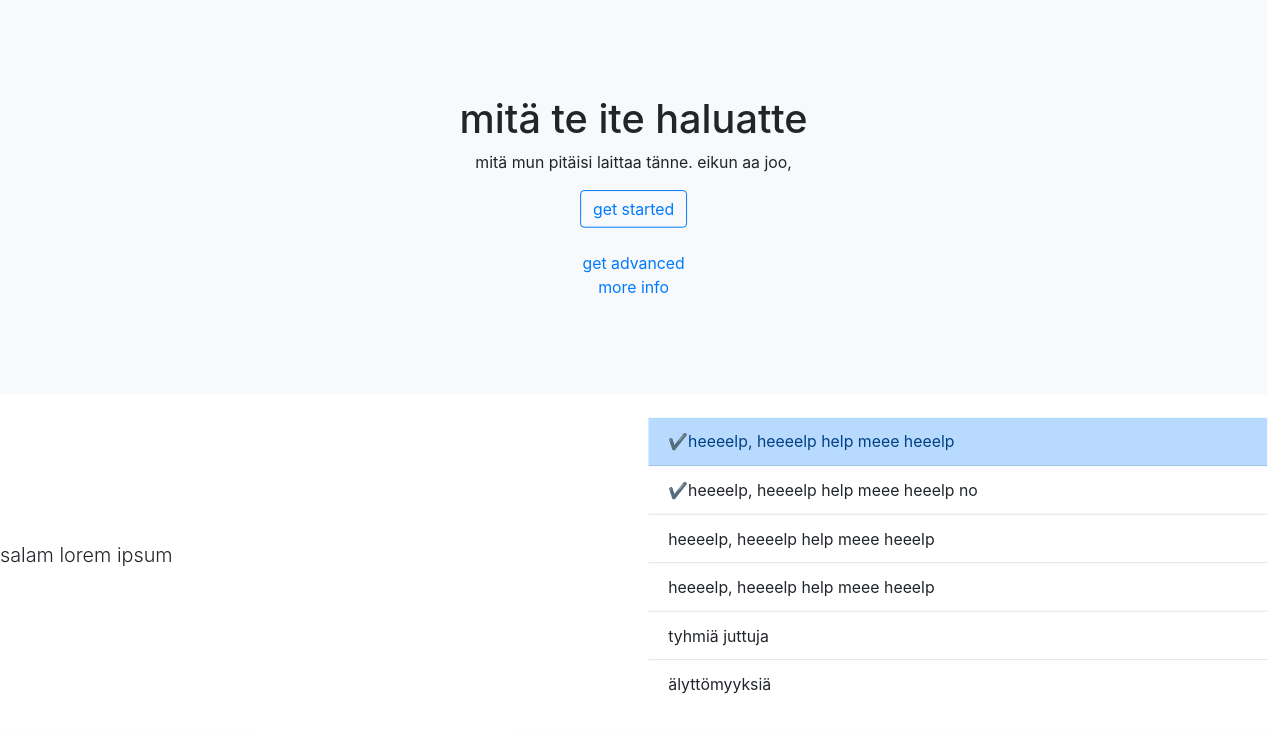
Repository: jessehapuli/jessehapuli.github.io
Page: Bootstrap/index.html
The author's editor kept a copy of each file at every save. The page is drawn from the files as they stood at one save, then again after the next save.
The browser window is 1280 px wide. The page is 1295 px wide, so the pictures cover 1295 px, including what lies to the right of the window. The pictures show the whole page, at 99% of full size.

Above is the page before, as saved 2024-04-24 11:09:35.

### Bootstrap/index.html
<!doctype html>
<html lang="en">
  <head>
    <!-- Required meta tags -->
    <meta charset="utf-8">
    <meta name="viewport" content="width=device-width, initial-scale=1, shrink-to-fit=no">

    <!-- Bootstrap CSS -->
    <link rel="stylesheet" href="https://cdn.jsdelivr.net/npm/bootstrap@4.6.2/dist/css/bootstrap.min.css" integrity="sha384-xOolHFLEh07PJGoPkLv1IbcEPTNtaed2xpHsD9ESMhqIYd0nLMwNLD69Npy4HI+N" crossorigin="anonymous">

    <title>Hello, world!</title>
  </head>
  <body>

    <section class="container-fluid bg-light text-center">
      <div class="rov d-flex justify-content-center">
        <div class="col-md-6 my-5 py-lg-5">
          <h1>mitä te ite haluatte</h1>
          <p>mitä mun pitäisi laittaa tänne. eikun aa joo, </p>
          <a class="btn btn-outline-primary" href="piercing">get started</a>
          <br>
          <br>
          <a href="">get advanced</a>
          <br>
          <a href="">more info</a>
        </div>
      </div>
    </section>

    <sectio class="container">
      <div class="row">
        <div class="col-md-6 d-flex align-items-center">
          <p class="lead">salam lorem ipsum</p>
        </div>
        <div class="col-md-6">
          <ul class="list-group list-group-flush">
            <li class="list-group-item list-group-item-primary"><span>&#10004;</span>heeeelp, heeeelp help meee heeelp</li>
            <li class="list-group-item"><span>&#10004;</span>heeeelp, heeeelp help meee heeelp no</li>
            <li class="list-group-item">heeeelp, heeeelp help meee heeelp</li>
            <li class="list-group-item">heeeelp, heeeelp help meee heeelp</li>
            <li class="list-group-item">tyhmiä juttuja</li>
            <li class="list-group-item">älyttömyyksiä</li>
          </ul>
        </div>
      </div>
    </section>

    <!-- Optional JavaScript; choose one of the two! -->

    <!-- Option 1: jQuery and Bootstrap Bundle (includes Popper) -->
    <script src="https://cdn.jsdelivr.net/npm/jquery@3.5.1/dist/jquery.slim.min.js" integrity="sha384-DfXdz2htPH0lsSSs5nCTpuj/zy4C+OGpamoFVy38MVBnE+IbbVYUew+OrCXaRkfj" crossorigin="anonymous"></script>
    <script src="https://cdn.jsdelivr.net/npm/bootstrap@4.6.2/dist/js/bootstrap.bundle.min.js" integrity="sha384-Fy6S3B9q64WdZWQUiU+q4/2Lc9npb8tCaSX9FK7E8HnRr0Jz8D6OP9dO5Vg3Q9ct" crossorigin="anonymous"></script>

    <!-- Option 2: Separate Popper and Bootstrap JS -->
    <!--
    <script src="https://cdn.jsdelivr.net/npm/jquery@3.5.1/dist/jquery.slim.min.js" integrity="sha384-DfXdz2htPH0lsSSs5nCTpuj/zy4C+OGpamoFVy38MVBnE+IbbVYUew+OrCXaRkfj" crossorigin="anonymous"></script>
    <script src="https://cdn.jsdelivr.net/npm/popper.js@1.16.1/dist/umd/popper.min.js" integrity="sha384-9/reFTGAW83EW2RDu2S0VKaIzap3H66lZH81PoYlFhbGU+6BZp6G7niu735Sk7lN" crossorigin="anonymous"></script>
    <script src="https://cdn.jsdelivr.net/npm/bootstrap@4.6.2/dist/js/bootstrap.min.js" integrity="sha384-+sLIOodYLS7CIrQpBjl+C7nPvqq+FbNUBDunl/OZv93DB7Ln/533i8e/mZXLi/P+" crossorigin="anonymous"></script>
    -->
  </body>
</html>

After the next save:
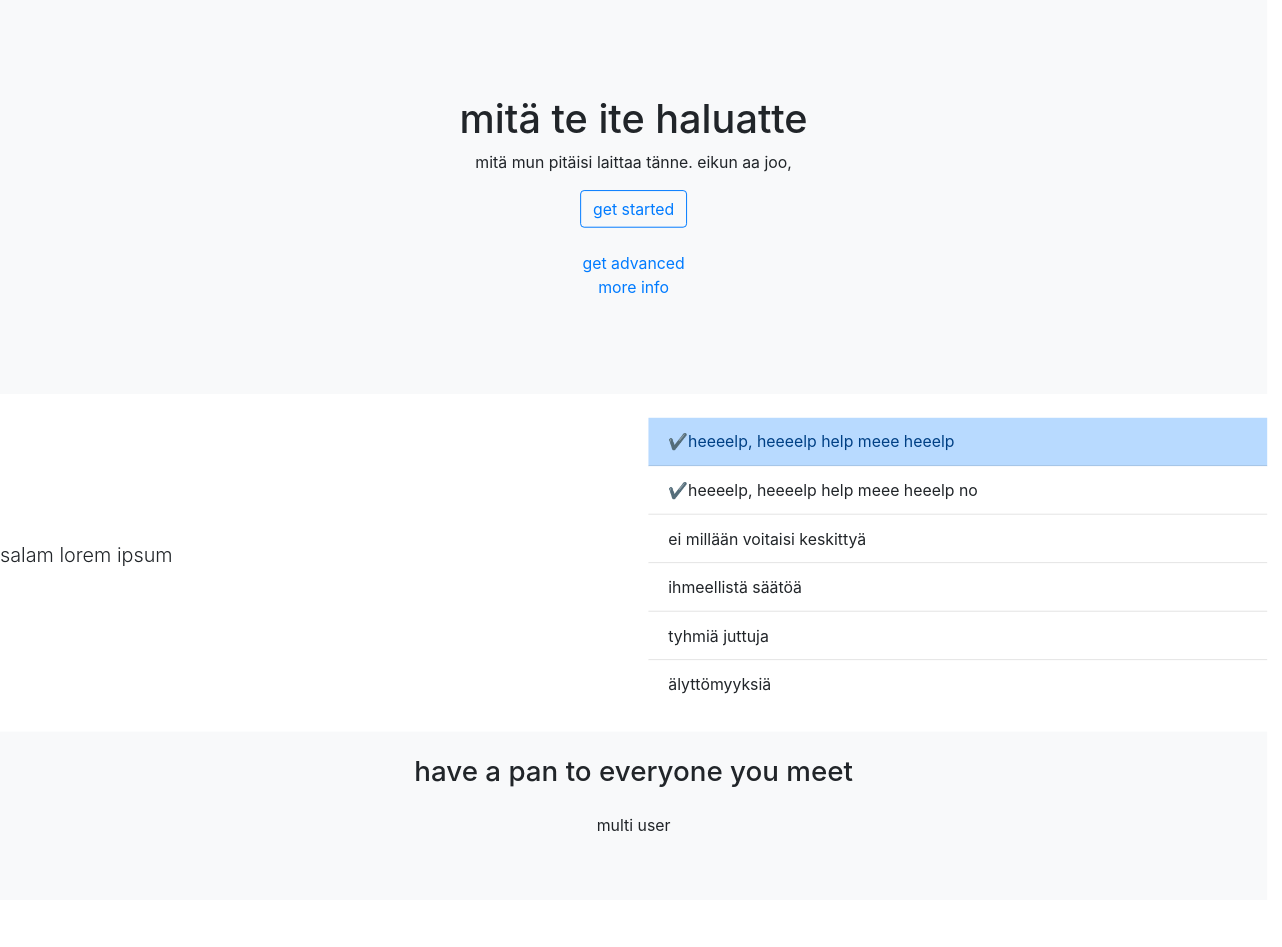
Saved 11 min 30 s later.
--- a/Bootstrap/index.html
+++ b/Bootstrap/index.html
@@ -36,11 +36,21 @@
           <ul class="list-group list-group-flush">
             <li class="list-group-item list-group-item-primary"><span>&#10004;</span>heeeelp, heeeelp help meee heeelp</li>
             <li class="list-group-item"><span>&#10004;</span>heeeelp, heeeelp help meee heeelp no</li>
-            <li class="list-group-item">heeeelp, heeeelp help meee heeelp</li>
-            <li class="list-group-item">heeeelp, heeeelp help meee heeelp</li>
+            <li class="list-group-item">ei millään voitaisi keskittyä</li>
+            <li class="list-group-item">ihmeellistä säätöä</li>
             <li class="list-group-item">tyhmiä juttuja</li>
             <li class="list-group-item">älyttömyyksiä</li>
           </ul>
+        </div>
+      </div>
+    </section>
+
+    <section class="conteiner-fluid text-center bg-light my-4 py-4">
+      <h3>have a pan to everyone you meet</h3>
+      <div class="row my-4">
+        <div class="col">
+          <i class="fas fa-user fa-5x py-3"></i>
+          <p>multi user</p>
         </div>
       </div>
     </section>
